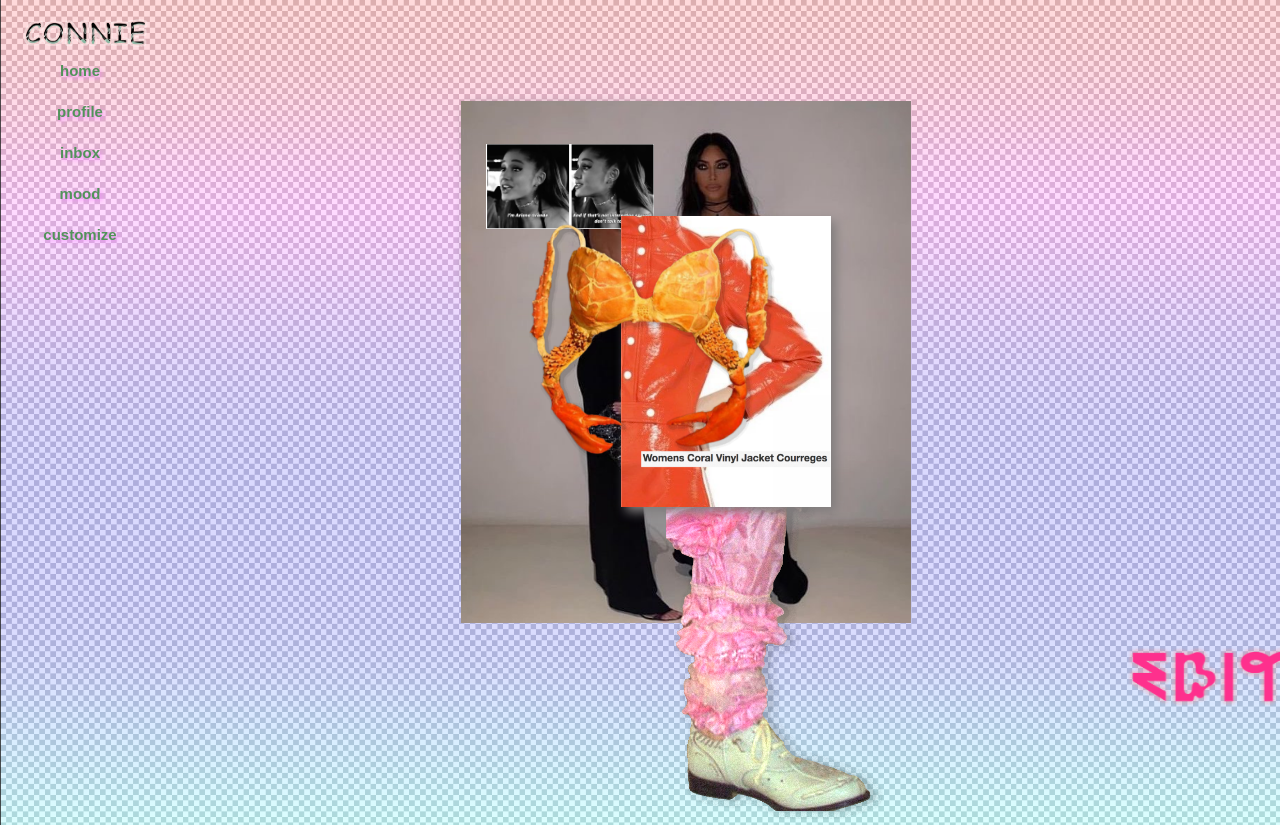
Repository: xuc009/xuc009.github.io
Page: track12/index.html
The author's editor kept a copy of each file at every save. The page is drawn from the files as they stood at one save, then again after the next save.
The browser window is 1280 px wide. The pictures show the whole page.
Some web fonts or font styles are not loaded; a fallback is used. Some web libraries are served in a nearby version.

Above is the page before, as saved 2018-12-08 16:52:50.

After the next save:
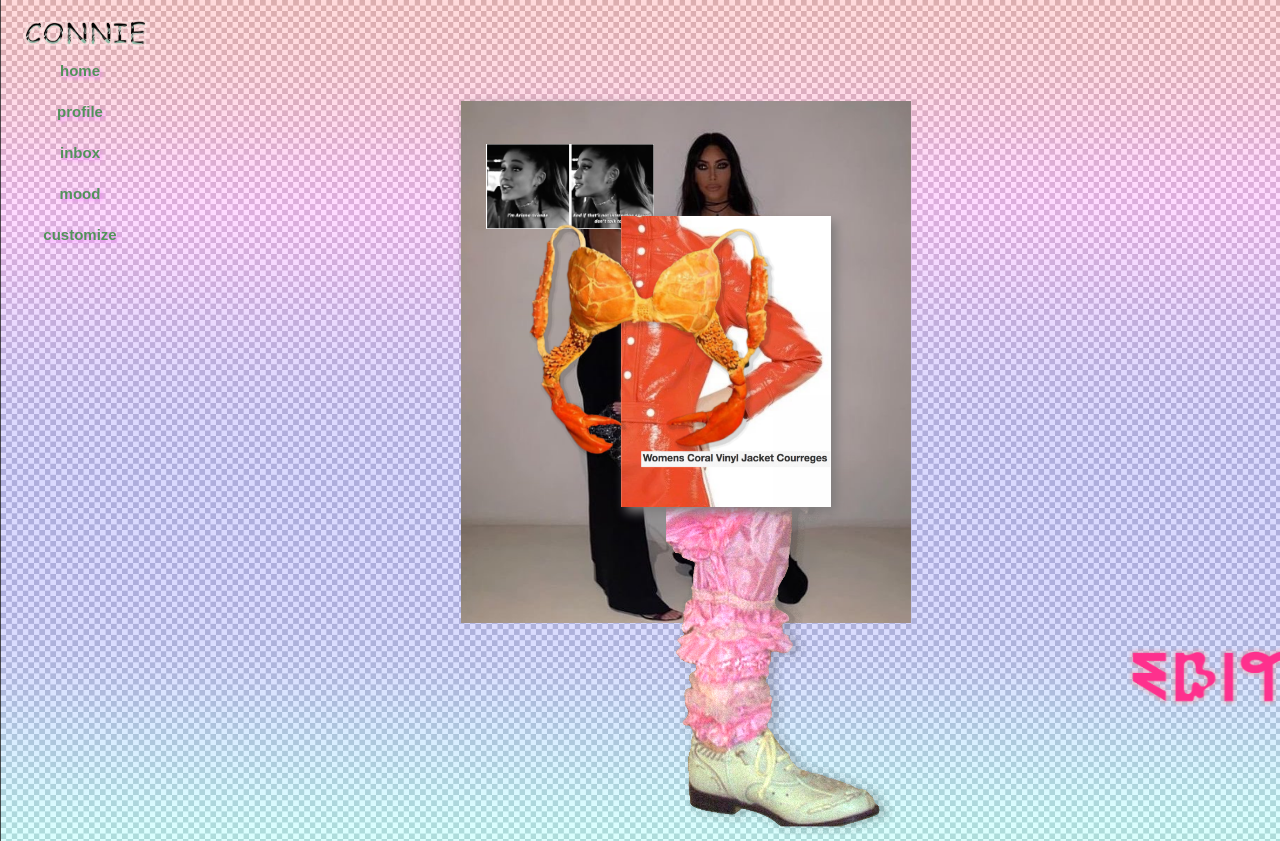
Saved 11 s later.
--- a/track12/index.html
+++ b/track12/index.html
@@ -61,7 +61,7 @@
       <div id="draggable3" class="ui-widget-content draggable tooltip">
           <span class="tooltiptext">https://goo.gl/MuuDqj</span>
           <a href="https://goo.gl/MuuDqj" target="_blank">
-          <img src="assets/img/foot1.png" width="220px">
+          <img src="assets/img/foot1.png" width="230px">
           </a>
         </div>
 
